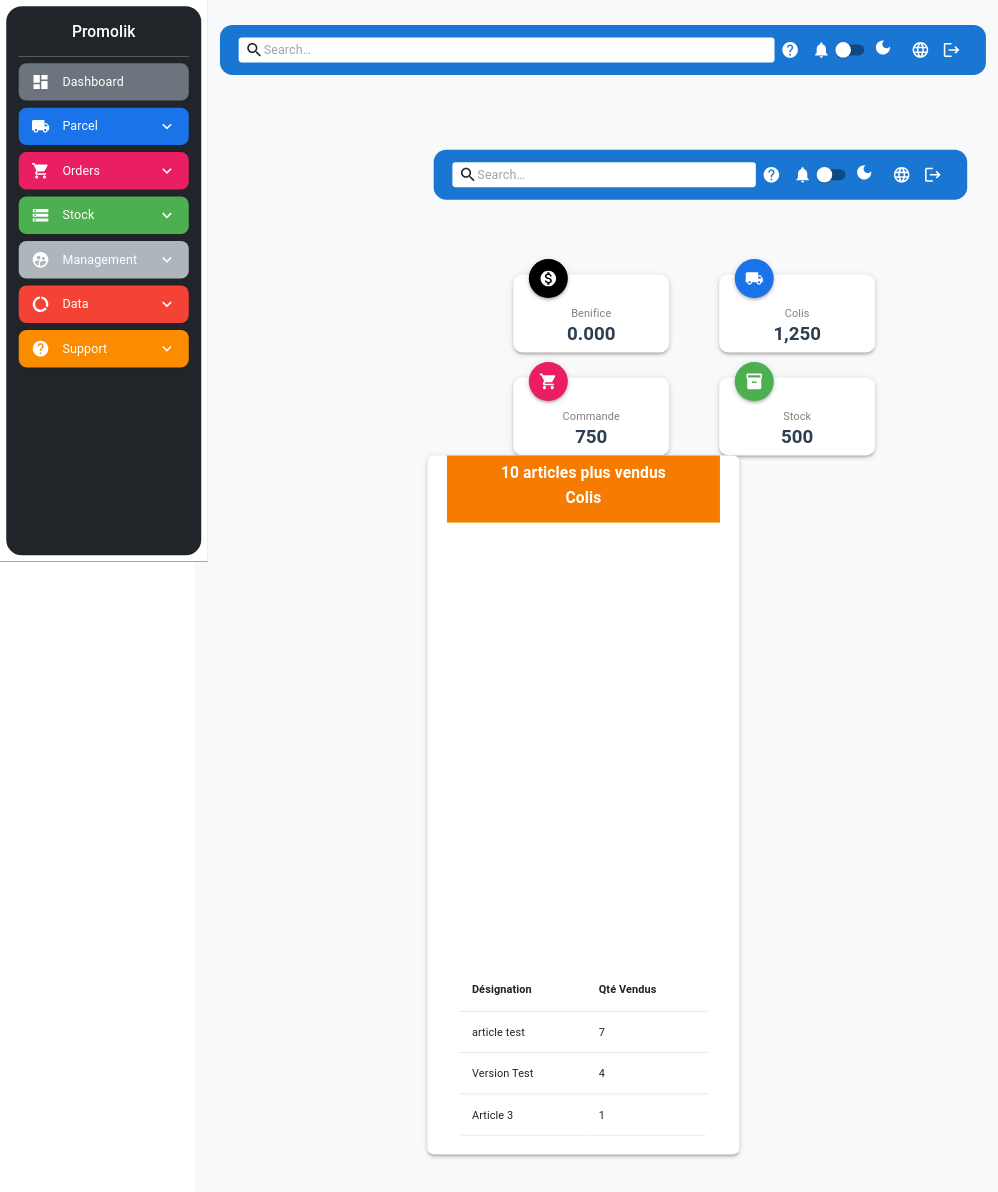
Repository: yosrjdly/stk
Page: /dashboard (app in dashboard/)
The author's editor kept a copy of each file at every save. The page is drawn from the files as they stood at one save, then again after the next save.
The browser window is 1280 px wide. The pictures show the whole page, at 78% of full size.
The project was rebuilt for these pictures with package versions that can differ from the ones it lists, and the page was loaded fresh each time. The framework's server and built-in components were replaced by stand-ins that run in the browser. Also part of the build but not shown: dashboard/next.config.ts.

Above is the page before, as saved 2025-02-14 18:23:42.

After the next save:
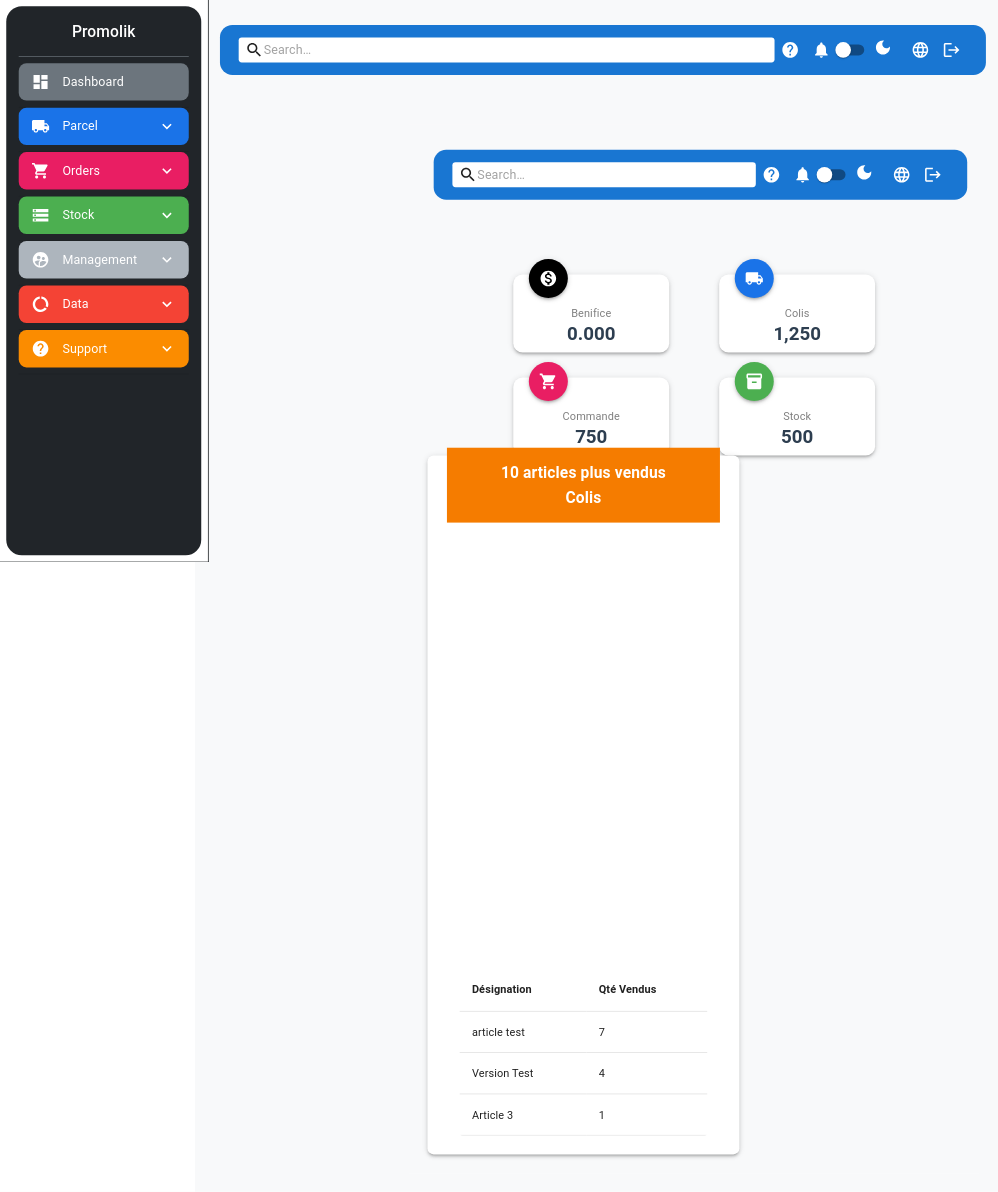
Saved 11 s later.
--- a/dashboard/src/componenets/cards/mediumCard/TopSellingCard.tsx
+++ b/dashboard/src/componenets/cards/mediumCard/TopSellingCard.tsx
@@ -10,7 +10,7 @@ const data = [
 
 const TopSellingCard = () => {
   return (
-    <Card sx={{ width: 400, borderRadius: 2, boxShadow: 3, overflow: "", display: "flex", flexDirection: "column", alignItems: "center", justifyContent: "center", position: "relative" }}>
+    <Card sx={{ width: 400, borderRadius: 2, boxShadow: 3, overflow: "visible", display: "flex", flexDirection: "column", alignItems: "center", justifyContent: "center", position: "relative" }}>
       <CardContent sx={{ backgroundColor: "#f57c00", color: "white", textAlign: "center", padding: 2, width: 350, position: "absolute", top: -10 }}>
         <Typography variant="h6" fontWeight="bold">
           10 articles plus vendus
